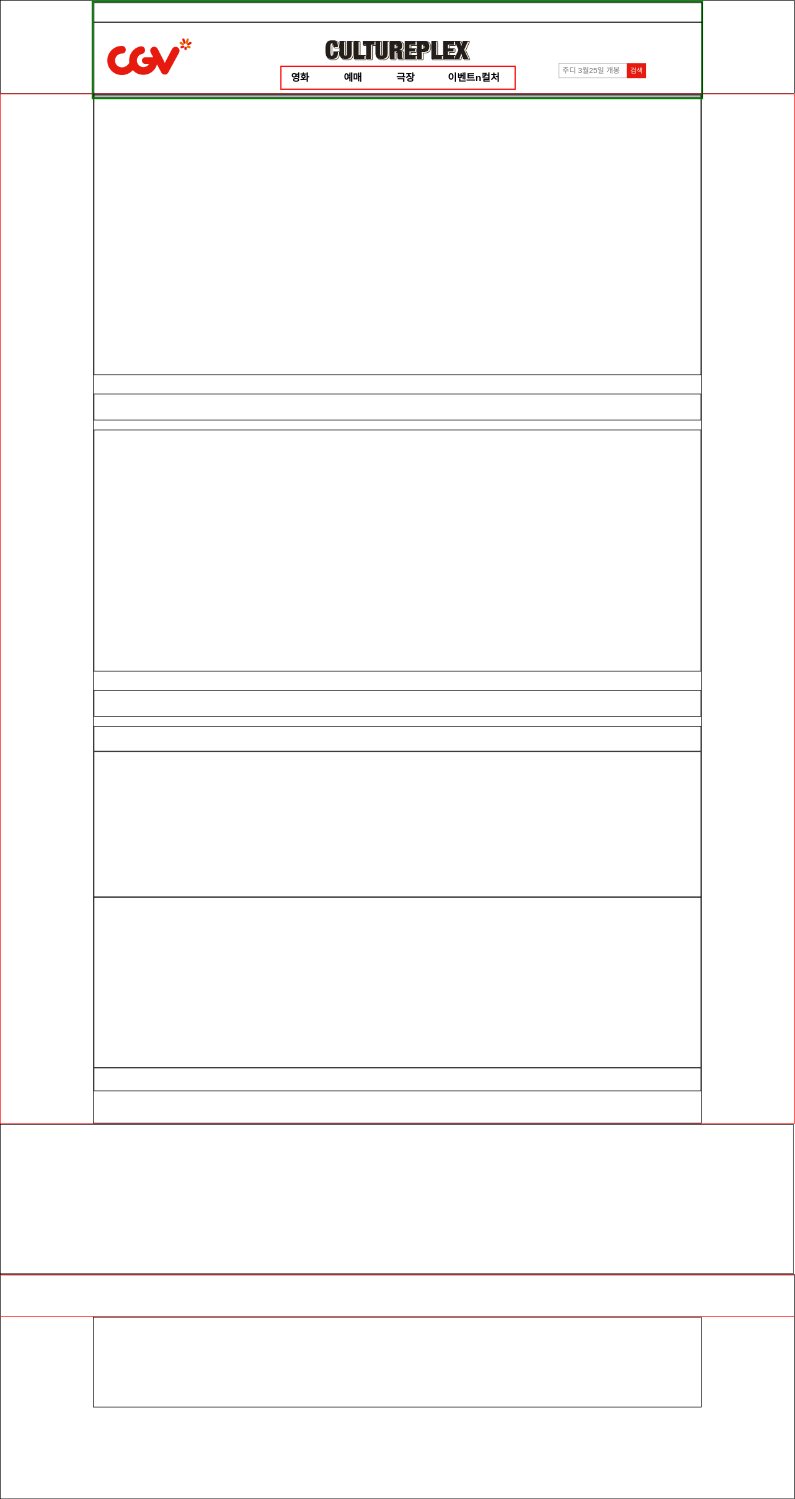
Repository: Gotaemin/java
Page: html/CgvProject/WebContent/main.html
An editor plug-in stored every save of this project. The page is shown before and after the next save, followed by the edit.
The browser window is 1280 px wide. The page is 1282 px wide, so the pictures cover 1282 px, including what lies to the right of the window. The pictures show the whole page, at 62% of full size.

Above is the page before, as saved 2020-03-24 13:14:28.

### html/CgvProject/WebContent/main.html
<!DOCTYPE html>
<html>
<head>
<meta charset="UTF-8">
<title>메인페이지</title>
<link href="css/layout.css" rel="stylesheet" type="text/css">

<style type="text/css">
h3{
	height: 41px;
	margin : 30px 0 15px;
	border: 1px solid black;
}

ul{
	list-style: none;
}

body{
	line-height: 1.2;
    color: #666;
    font-family: 'CJONLYONENEW', '맑은 고딕', '돋움', Dotum, sans-serif;
    font-weight: bold;
}



</style>

</head>
<body>
<div class="root">
	<!-- 헤더 -->
	<div class="header">
		<div class="head">
			<h1><a href="#"><img src="images/header/h1_cgv.png" alt="cgvLogo"></a></h1>
			<div class="header_service"></div>
			<div class="header_menu">
				<h2>
					<img src="images/header/h2_cultureplex.png" alt="cultureplex">
				</h2>
				<div class="menu">
					<ul>
						<li class="menu_movie"><a href="">영화</a></li>
						<li class="menu_reserve"><a href="">예매</a></li>
						<li class="menu_theater"><a href="">극장</a></li>
						<li class="menu_event"><a href="">이벤트n컬처</a></li>
					</ul>
				</div>
				<div class="search">
					<fieldset>
						<input type="text" placeholder="주디 3월25일 개봉">
						<button class="btn-go-search">검색</button>
					</fieldset>
				</div>
				<div class="phototicket"></div>
			</div>
		</div>

	</div>



	<!-- 컨테이너 -->
	<div class="container">
		<div class="contents">
			<div class="section_slider"></div>
			<h3></h3>
			<div class="section_movie"></div>
			<h3></h3>
			<ul class="tab_menu"></ul>
			<div class="section_event"></div>
			<div class="section_banner"></div>
			<div class="section_notice"></div>
		</div>
	</div>



	<!-- 푸터 -->
	<div class="footer">
		<div class="footer_wrap"></div>
		<div class="foot">
			<div class="smuse"></div>
			<div class="cinfo"></div>
		</div>
	</div>



	<!-- 사이드바 -->
	<div class="sidebar"></div>
</div>


</body>
</html>

### html/CgvProject/WebContent/css/layout.css
@charset "UTF-8";

* {
	margin: 0px;
	padding: 0px;
}

.root {
	position: relative;
	width: 100%;
	min-width: 980px;
}
/* ---------------------------------------------------------------------header */
.header {
	width: 100%;
	height: 149px;
	border: 1px solid black;
}

.head {
	width: 980px;
	margin: 0 auto;
	position: relative;
	z-index: 100;
	border: 3px solid green;
}

.header_service {
	width: 980px;
	height: 30px;
	border: 1px solid black;
}

.header_menu {
	width: 980px;
	margin: 0 auto;
	border: 1px solid black;
	position: relative;
	z-index: 100;
	height: 50px;
	padding-top: 69px;

}

.header h1 {
	position: absolute;
	top: 40px;
	left: 0;
	width: 223px;
	height: 85px;
	padding: 18px 0 0 22px;
	z-index: 110;
/* 	border: 2px solid black; */
}

.header_menu>h2 {
	position: absolute;
	top: 28px;
	left: 50%;
	width: 428px;
	height: 31px;
	margin-left: -214px;
	text-align: center;
}

.menu {
	width: 376px;
	height: 35px;
	margin: 0 auto;
	border: 2px solid red;
}

.menu li {
	height: 35px;
	text-align: center;
	display: inline-block;
	float: left;
	line-height: 35px;
/* 	border: 2px solid green; */
}

.menu li a{
	color: black;
	text-decoration: none;
}

.menu>ul>.menu_movie {
	width: 60px;
}

.menu>ul>.menu_reserve {
	margin-left: 25px;
	width: 60px;
}

.menu>ul>.menu_theater {
	margin-left: 25px;
	width: 60px;
}

.menu>ul>.menu_event {
	margin-left: 30px;
	width: 100px;
}

.search{
	position : absolute;
	top:65px;
	left: 749px;
	width: 141px;
	height: 24px;

}

.search > fieldset{
	position: relative;
	border: 0;
}

.search input{
	display:inline-block;
	line-height:22px;
	width: 100px;
	height: 22px;
	padding: 0 34px 0 5px;
	border: 1px solid #b5b5b5;
	font-size: 12px;
	color: #666;
}

.btn-go-search{
	position: absolute;
	top: 0px;
	left: 110px;
	width: 31px;
	height: 24px;
	background-color: #e71a0f;
	background-image: none;
	color: #fff;
	font-size: 11px;
	line-height: 24px;
	border:0;
	text-align: center;
	font-weight: 500;

}

/* ---------------------------------------------------------------------container */
.container {
	width: 100%;
	border: 1px solid red;
}

.contents {
	width: 980px;
	height: 1608px;
	padding-bottom: 50px;
	margin: 0 auto;
	border: 1px solid black;
}

.section_slider {
	height: 450px;
	border: 1px solid black;
	overflow: hidden;
}

.section_movie {
	height: 388px;
	border: 1px solid black;
}

.tab_menu {
	height: 39px;
	border: 1px solid black;
}

.section_event {
	height: 233px;
	border: 1px solid black;
}

.section_banner {
	height: 273px;
	border: 1px solid black;
}

.section_notice {
	height: 36px;
	border: 1px solid black;
}

/* ---------------------------------------------------------------------footer */
.footer {

}

.footer_wrap {
	width: auto;
	height: 240px;
	text-align: center;
	border: 1px solid black;
}

.foot {
	width: 100%;
	height: auto;
	padding: 0 0 147px;
	border: 1px solid black;
}

.smuse {
	overflow: hidden;
	width: 100%;
	height: 66px;
	border-top: 1px solid red;
	border-bottom: 1px solid red;
	position: relative;
	margin: 0 auto;
}

.cinfo {
	padding-top: 28px;
	position: relative;
	width: 980px;
	margin: 0 auto;
	height: 116px;
	border: 1px solid black;
}

/* ---------------------------------------------------------------------sidebar */
.sidebar {

}

After the next save:
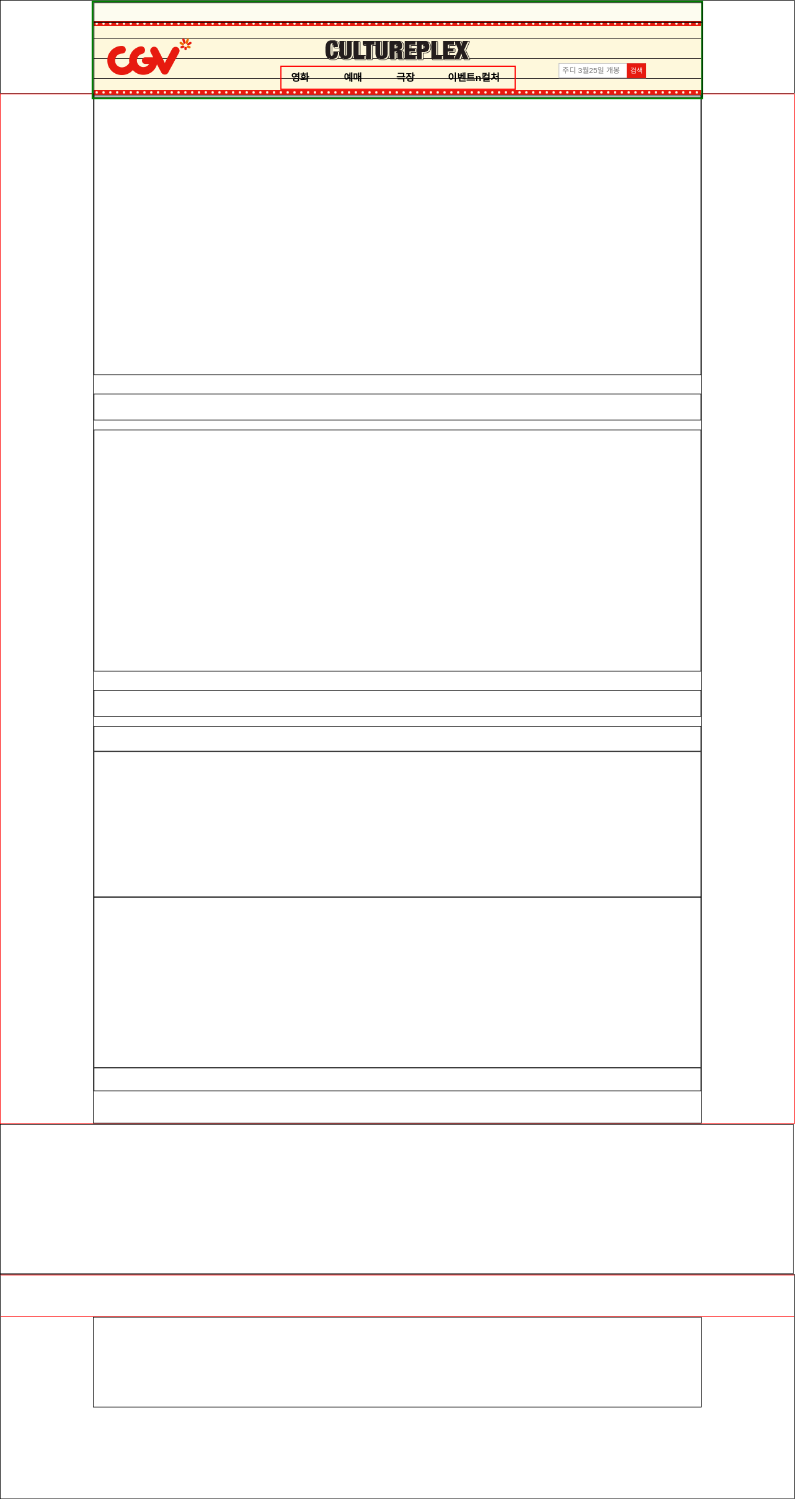
Saved 6 s later.
--- a/html/CgvProject/WebContent/css/layout.css
+++ b/html/CgvProject/WebContent/css/layout.css
@@ -23,6 +23,8 @@
 	position: relative;
 	z-index: 100;
 	border: 3px solid green;
+	background-image: url("../images/header/bg_header.gif");
+	background-repeat: repeat-x;
 }
 
 .header_service {
